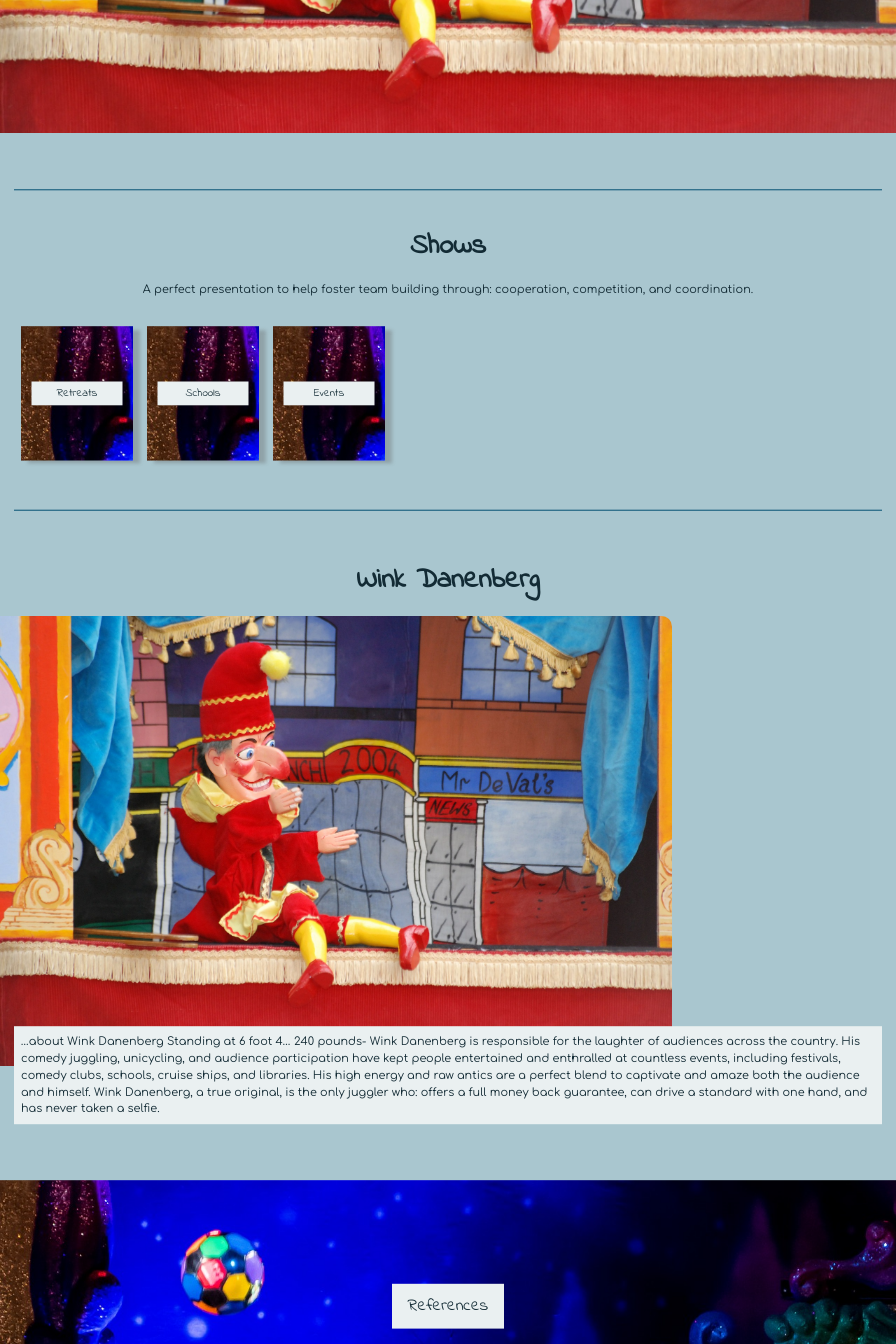
Repository: Sbethm/wink
Page: index.html
An editor plug-in stored every save of this project. The page is shown before and after the next save, followed by the edit.
The browser window is 1280 px wide. The pictures show the part of the page from y = 530 to 2450 px (the page is 5473 px tall before and 5453 px after), at 70% of full size.
The style sheet was rebuilt from its Sass, Less or Tailwind sources for each picture, by a compiler version that may differ from the author's.

Above is the page before, as saved 2021-09-08 14:43:58.

### index.html
<!DOCTYPE html>
<html lang="en">
<head>
    <meta charset="UTF-8">
    <meta http-equiv="X-UA-Compatible" content="IE=edge">
    <meta name="viewport" content="width=device-width, initial-scale=1.0">
    <link rel="preconnect" href="https://fonts.googleapis.com">
    <link rel="preconnect" href="https://fonts.gstatic.com" crossorigin>
    <link href="https://fonts.googleapis.com/css2?family=Acme&family=Comfortaa:wght@400;500;600;700&family=Indie+Flower&display=swap" rel="stylesheet">
    <!--
        font-family: 'Acme', sans-serif;
        font-family: 'Comfortaa', cursive;
        font-family: 'Indie Flower', cursive;
    -->

    <link rel="stylesheet" href="./CSS/main.css">
    <title>Wink Danenberg: The Greatest Showman</title>
</head>
<body>
    <header id="headerBg">
        <h1 id="logo">Wink</h1>
        <div class="menu--btn">
            <ul class="menu">
                <li class="menu--item">Shows</li>
                <li class="menu--item">Wink</li>
                <li class="menu--item">Calender</li>
                <li class="menu--item">Contact</li>
            </ul>
        </div>
    </header>
    <main>
        <section class="main--slideshow">
            <!--images are set on automatic slide-->
                <img src="./img/img1.jpg" alt="" id="slide--img">
                <img src="./img/img2.jpg" alt="" id="slide--img">
                <img src="./img/img3.jpg" alt="" id="slide--img">
            <div class="slideshow--quote">Comedy for the Whole Family!</div>
            <div class="call-to-action">Let Wink Danenberg be a part of your school’s next athletic RETREAT!</div>
        </section>
        <!--SHOWS-
            Description of Wink's shows. What does he do? Who are the shows geared towards? etc.-->
        <section class="event">
            <div class="container container--event">
                <a href="./events.html"><h2 class="heading--center">Shows</h2></a>
                <p class="info--short center">A perfect presentation to help foster team building through: cooperation, competition, and coordination.</p>
                <div class="event--slideshow">
                    <!--each div is set on a swipe slide-->
                    <a href=""><div class="event--retreats event--slide">
                        <p class="event--type">Retreats</p>
                    </div></a>
                    <a href=""><div class="event--schools event--slide">
                        <p class="event--type">Schools</p>
                    </div></a>
                    <a href=""><div class="event--events event--slide">
                        <p class="event--type">Events</p>
                    </div></a>
                </div>
            </div>
        </section>
         <!--WINK-
            Who is Wink? A little about Wink and his past experience as a showman -->
        <section class="wink">
            <div class="container container--wink">
                <h2 class="heading--center">Wink Danenberg</h2>
                <div class="img--container">
                    <img src="./img/img2.jpg" alt="" class="img--set--left js--scroll">
                </div>
                <p class="text--full--center">
                    …about Wink Danenberg
                    Standing at 6 foot 4… 240 pounds- Wink Danenberg is responsible for the laughter of audiences  across the country. His comedy juggling, unicycling, and audience participation have kept people  entertained and enthralled at countless events, including festivals, comedy clubs, schools, cruise
                    ships, and libraries. His high energy and raw antics are a perfect blend to captivate and amaze  both the audience and himself. Wink Danenberg, a true original, is the only juggler who: offers a  full money back guarantee, can drive a standard with one hand, and has never taken a selfie.
                </p>
            </div>
        </section>
         <!--REFERENCES-
            A section with a link to references for Wink's shows-->
        <section class="references cover">
            <!--CHANGE BTN TO DIV & CHECK CSS-->
            <div class="link--click ">References</div>
        </section>
         <!-- HIGHLIGHTS-
            A section that shows some of the highlights of his experience-->
        <section class="highlights">
            <div class="container container--highlights">
                <h2 class="heading--center">Highlights</h2>
                <div class="highlights--block">
                    <img src="./img/img2.jpg" alt="" class="img--set--right js--scroll">
                <p class="text--small--center">As Seen at Letter Man!</p>
                </div>
                <div class="highlights--block">
                    <img src="./img/img2.jpg" alt="" class="img--set--left js--scroll">
                    <p class="text--small--center">As Seen at Letter Man!</p>
                </div>
                <div class="highlights--block">
                        <img src="./img/img2.jpg" alt="" class="img--set--right js--scroll">
                    <p class="text--small--center">As Seen at Letter Man!</p>
                </div>
            </div>
        </section>
         <!--CONTACT-
            email and (maybe) phone information about how to contact Wink-->
        <section class="contact cover">
            <!--CHANGE BTN TO DIV & CHECK CSS-->
            <div class="link--click ">Contact</div>
        </section>
    </main>
    <footer></footer>
    <script src="./JS/main.js"></script>
</body>
</html>

### JS/main.js
/*
 TABLE OF CONTENTS
    1.
    2.
    3.
    4.
    5.
*/


//1. HEADER CAROUSEL
    //Header variables
    const slides = document.querySelectorAll('#slide--img');
    const headerBg = document.getElementById('headerBg');
    const logo = document.getElementById('logo');

    //Changing header on scroll
    window.onscroll = function() {
        if (window.scrollY > 130) {
            headerBg.style.background = 'rgb(234, 240, 241)';
            headerBg.style.borderBottom = 'solid 1px rgb(19, 43, 53)';
            logo.style.color = 'rgb(19, 43, 53)';
        } else {
            headerBg.style.background = 'none';
            headerBg.style.borderBottom = 'solid 1px rgb(234, 240, 241)';
            logo.style.color = 'rgb(234, 240, 241)';
        }
    }

    //Index main slideshow
    setInterval(nextImg, 4000);

    let currentImg = 0;
    slides[currentImg].style.opacity = 1;

    function nextImg() {
        slides[currentImg].style.opacity = 0;
        currentImg = (currentImg + 1) % slides.length;
        slides[currentImg].style.opacity = 1;
    }

//2. SCROLL ANIMATIONS
    //Scroll variables
    const scrollElements = document.querySelectorAll(".js--scroll");
    const fromLeftElements = document.querySelectorAll(".img--set--left");
    const fromRightElements = document.querySelectorAll(".img--set--right");

    //When element is on screen or off scree
    const elementInView = (el) => {
    const elementTop = el.getBoundingClientRect().top;

    return (
        elementTop <=
        (window.innerHeight || document.documentElement.clientHeight));
    };

    const elementOutofView = (el) => {
    const elementTop = el.getBoundingClientRect().top;

    return (
        elementTop > (window.innerHeight || document.documentElement.clientHeight)
    );
    };

    //Fade-In & Fade-out functions
    const displayScrollElement = (element) => {
    element.classList.add("scrolled");
    };
    const hideScrollElement = (element) => {
    element.classList.remove("scrolled");
    };

    //Shift left functions
    const shiftOnScreenLeft = (el) => {
        el.classList.add('shifted--from--left');
    }
    const shiftOffScreenLeft = (el) => {
        el.classList.remove('shifted--from--left');
    }

    //Shift right functions into view
    const shiftOnScreenRight = (el) => {
        el.classList.add('shifted--from--right');
    }
    const shiftOffScreenRight = (el) => {
        el.classList.remove('shifted--from--right');
    }


const handleOpacityAnimation = () => {
  scrollElements.forEach((el) => {
    if (elementInView(el)) {
        displayScrollElement(el);
    } else if (elementOutofView(el)) {
        hideScrollElement(el)
    }
  })
}

const handleShiftAnimationLeft = () => {
    fromLeftElements.forEach((el) => {
    if (elementInView(el)) {
        shiftOnScreenLeft(el)
    } else if (elementOutofView(el)) {
        shiftOffScreenLeft(el)
    }
  })
}

const handleShiftAnimationRight = () => {
    fromRightElements.forEach((el) => {
    if (elementInView(el)) {
        shiftOnScreenRight(el)
    } else if (elementOutofView(el)) {
        shiftOffScreenRight(el)
    }
  })
}

window.addEventListener("scroll", () => {
    handleOpacityAnimation();
    handleShiftAnimationLeft();
    handleShiftAnimationRight();
})

// const fadeEl = document.querySelectorAll('.js--scroll');

// fadeEl.forEach((el) => {
//     el.style.opacity = '0';
// });

// const elInView = (el) => {
//     const elementTop = el.getBoundingClientRect().top;
//     return (elementTop <= window.innerHeight || document.documentElement.clientHeight);
// }

// const displayElement = (el) => {
//     el.classList.add('scrolled');
// }

// const scrollAnimation = () => {
//     fadeEl.forEach((el) => {
//         if(elInView(el, 100)){
//             displayElement(el);
//         }
//     })
// }

// window.addEventListener("scroll", () => {
//     scrollAnimation();
//   });

//SLIDE-IN

### SCSS/main.scss
@import "./resets", "./variables";


//GENERAL STYLING
body{
    width: 100vw;
    background-color: $bgColor1;
    overflow-x: hidden;
}

main {
    overflow-x: hidden;
}

section {
    width: 100vw;
    height: fit-content;
    background-color: $bgColor1;
    color: $accentColor1;
    font-family: $mainFont;
    font-size: 1rem;
}

.container {
    margin: 60px 20px;
    padding: 60px 0;
    width: calc(100vw - 40px);
    background-color: $bgColor1;
    border-top: solid 2px $accentColor2;
    border-bottom: solid 2px $accentColor2;
}

a {
    color: $accentColor1;
}

.link--click {
    width: 10rem;
    height: 4rem;
    font-family: $accentFont;
    font-size: 1.5rem;
    color: $accentColor1;
    text-align: center;
    line-height: 4rem;
    background-color: $bgColor2;
}

a {
    text-decoration: none;
}

p {
    font-family: $mainFont;
    font-size: 1rem;
    line-height: 1.5rem;
}

.heading--center {
    padding-bottom: 30px;
    width: 100%;
    font-family: $accentFont;
    font-size: 2.5rem;
    text-align: center;
}

.center {
    padding-bottom: 30px;
    width: 100%;
    text-align: center;
}

//HEADER AND MAIN SLIDESHOW
header {
    position: fixed;
    top: 0;
    height: 4rem;
    width: 100vw;
    padding: 1rem;
    z-index: 9;
    overflow: hidden;
    background: aliceblue;
    border-bottom: solid 1px rgb(13, 81, 139);
    transition: all 0.50s ease-in;
    box-sizing: border-box;

    & h1 {
        font-family: $accentFont;
        font-size: 2rem;
        color: rgb(13, 81, 139);
        transition: all 0.50s ease-in;
    }
}

.menu--item{
    display: none;
}

.main--slideshow {
    height: 100vh;
    width: 100vw;
    background-color: #000;
}

#slide--img {
    position: absolute;
    top: 0;
    left: 0;
    width: 100%;
    height: 100%;
    object-fit: cover;
    overflow: hidden;
    opacity: 0;
    transition: all 0.75s ease-in;
    z-index: 0;
}

.slideshow--quote {
    position: absolute;
    top: calc(100vh - 75vh);
    width: 100vw;
    font-size: 5rem;
    font-family: $headerFont;
    font-weight: 800;
    color: aliceblue;
    text-align: center;
}

//EVENTS
.event{
    padding-top: 20px;
}

.event--slideshow {
    display: flex;
    flex-direction: row;
    overflow: scroll;

    & .event--slide {
        margin: 10px;
        width: 10rem;
        height: 12rem;
        display: grid;
        background-image: url(../img/img1.jpg);
        box-shadow: 10px 5px 5px rgba(100, 100, 100, 0.377);
        grid-template-columns: 100%;
        justify-items: center;
        align-items: center;

        & .event--type {
            padding: 5px;
            width: 75%;
            background-color: $bgColor2;
            font-family: $accentFont;
            color: $accentColor1;
            text-align: center;
        }
    }
}

//ABOUT WINK
.container--wink {
    margin: 0 20px;
    padding: 20px 0;
    border: hidden;
}

.img--set--left {
    width: 75vw;
    position: relative;
    left: -350px;
    z-index: 1;
    border-radius: 0 15px 15px 0;
    transition: all 3000ms;

    &.shifted--from--left {
    left: -20px;
    }
}

.text--full--center {
    position: relative;
    padding: 10px;
    top: -60px;
    z-index: 2;
    background-color: $bgColor2;
}

//REFERENCES and CONTACT
.cover {
    width: 100vw;
    height: 50vh;
    display: flex;
    justify-content: center;
    align-items: center;
    background-image: url(../img/img1.jpg);
}

//HIGHLIGHTS
.container--highlights{
    margin-left: 0;
    margin-right: 0;
    width: auto;
    border-top: hidden;
    border-bottom: hidden;
}

.highlights--block {
    display: grid;
    grid-template-columns: 100vw;
    grid-template-rows: 25% 75%;
    width: 100vw;
    overflow-x: hidden;

    & .img--set--right {
        grid-area: 1/1/2/3;
        justify-self: flex-end;
        width: 75vw;
        z-index: 1;
        border-radius: 15px 0 0 15px;
        padding-left: 100vw;
        transition: all 3000ms;
    }

    & .shifted--from--right{
        padding-left: 0px;
    }

    & .img--set--left {
        grid-area: 1/1/2/3;
        justify-self: flex-start;
        width: 75vw;
        z-index: 1;
        border-radius: 0 15px 15px 0;
        transition: all 3000ms;
    }

    & .text--small--center {
        align-self: center;
        justify-self: center;
        width: 75%;
        height: 5rem;
        padding: 10px;
        z-index: 2;
        background-color: $bgColor2;
        text-align: center;
        line-height: 5rem;
    }
}





//CONTACT *see references

//JAVASCRIPT ELEMENTS
.js--scroll {
    opacity: 0;
    transition: all 3000ms;
}

.js--scroll.scrolled{
    opacity: 1;
}

### SCSS/_variables.scss
//FONTS
$headerFont: 'Acme', sans-serif;
$accentFont: 'Indie Flower', cursive;
$mainFont: 'Comfortaa', cursive;

//COLORS
// $bgColor1: rgb(207, 184, 169);
// $bgColor2: rgb(241, 237, 234);
// $accentColor1: rgb(53, 33, 19);
// $accentColor2: rgb(83, 50, 27);
$bgColor1: rgb(169, 198, 207);
$bgColor2: rgb(234, 240, 241);
$accentColor1: rgb(19, 43, 53);
$accentColor2: rgb(51, 114, 141);

Loaded but not shown: SCSS/_resets.scss (common file)

After the next save:
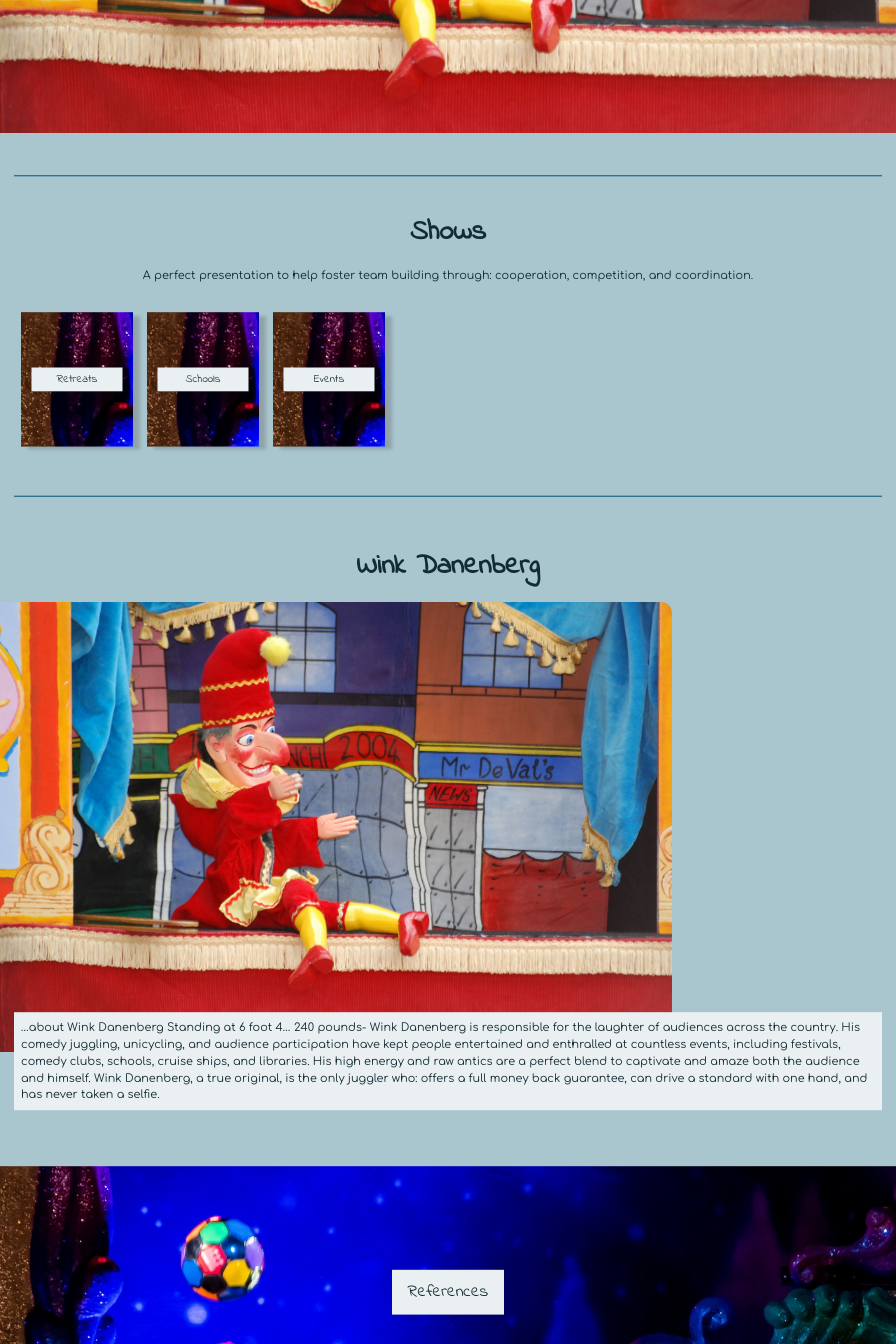
Saved 12 s later.
--- a/index.html
+++ b/index.html
@@ -39,7 +39,7 @@
         </section>
         <!--SHOWS-
             Description of Wink's shows. What does he do? Who are the shows geared towards? etc.-->
-        <section class="event">
+        <section class="show">
             <div class="container container--event">
                 <a href="./events.html"><h2 class="heading--center">Shows</h2></a>
                 <p class="info--short center">A perfect presentation to help foster team building through: cooperation, competition, and coordination.</p>
